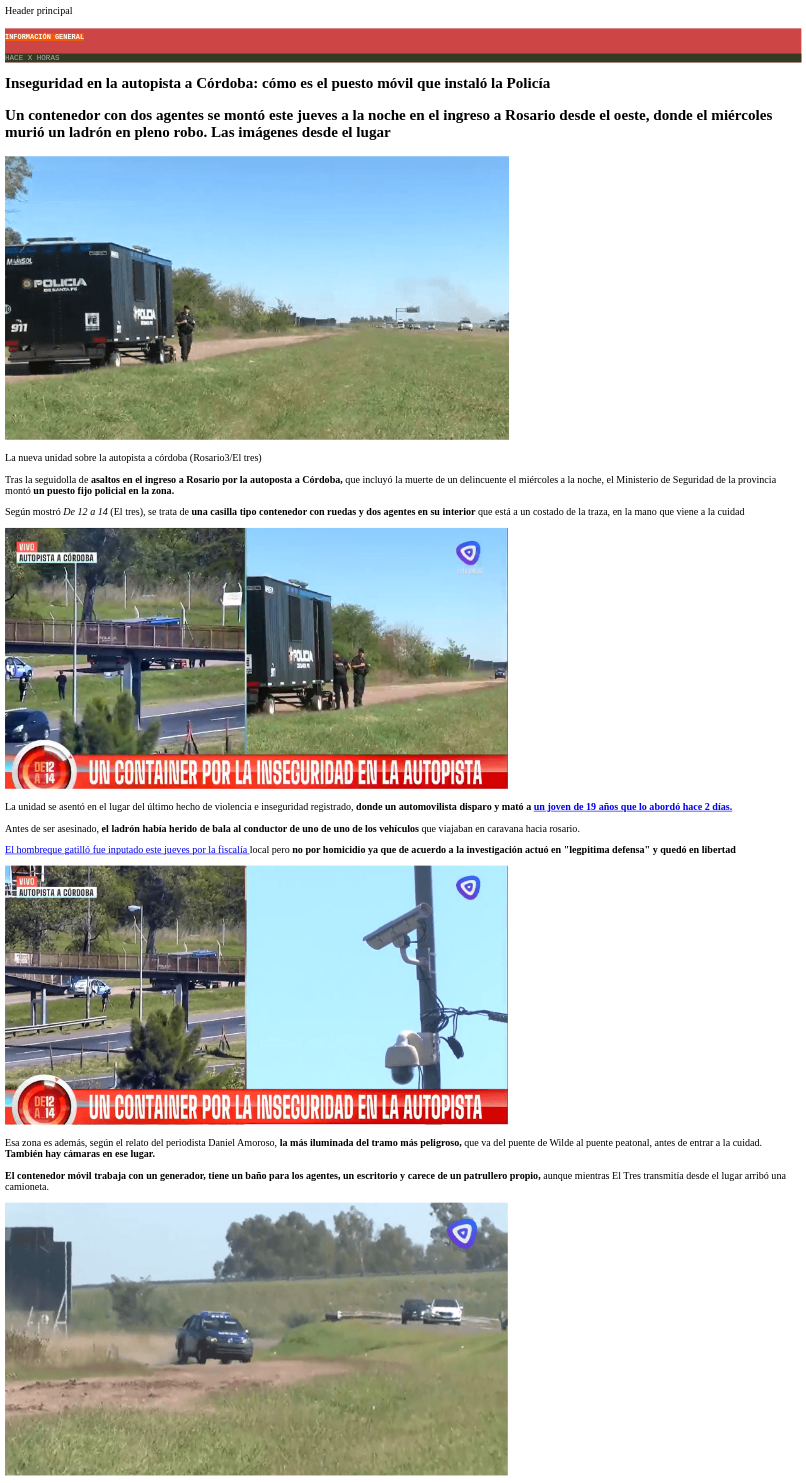
Repository: Larrowo/LPPA
Page: Clase 2/index.html
The author's editor kept a copy of each file at every save. The page is drawn from the files as they stood at one save, then again after the next save.
The browser window is 1280 px wide. The pictures show the whole page, at 63% of full size.

Above is the page before, as saved 2022-04-16 16:54:33.

After the next save:
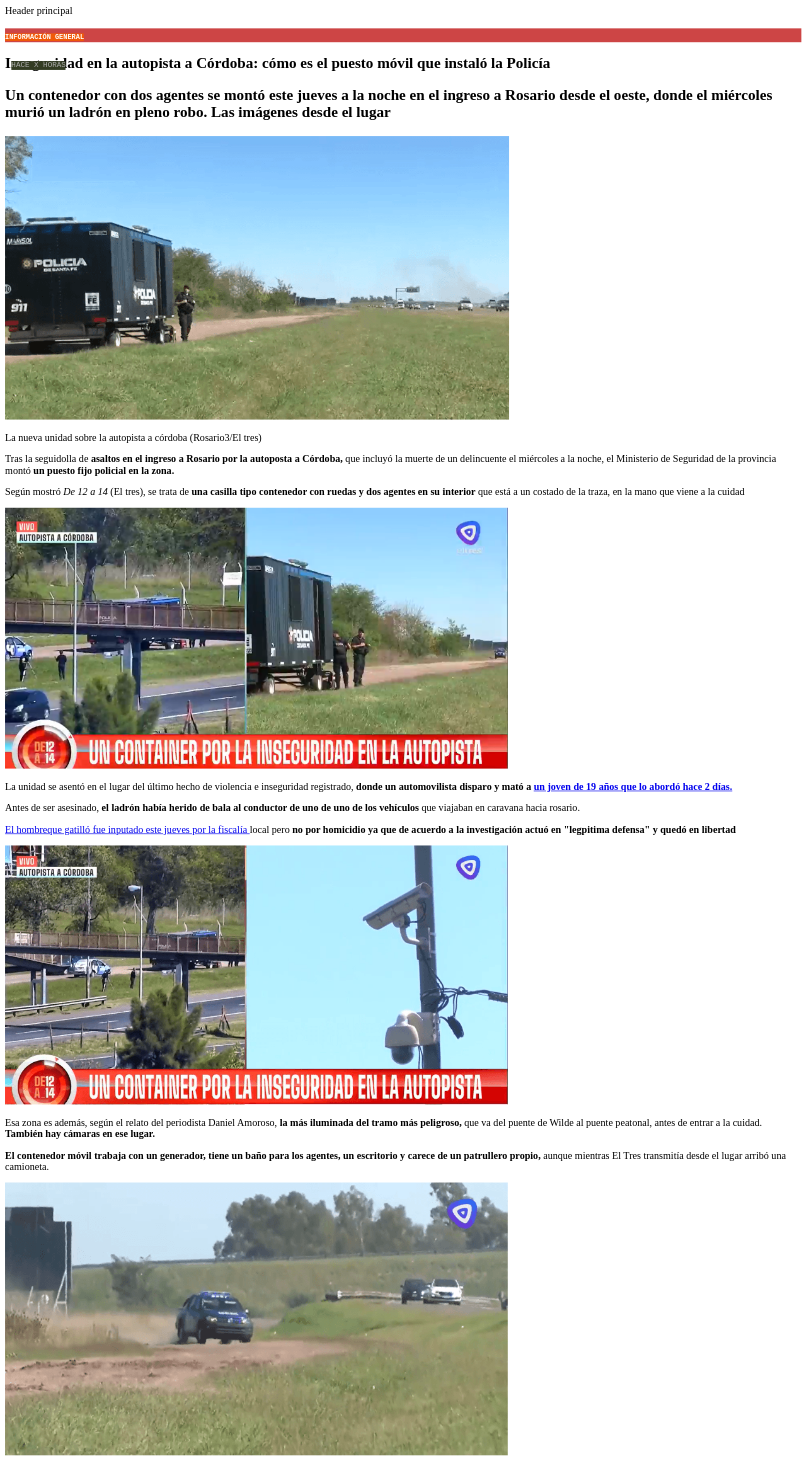
Saved 9 s later.
--- a/Clase 2/style.css
+++ b/Clase 2/style.css
@@ -3,7 +3,7 @@
    color: #adadad;
    text-transform: uppercase;
    font-size: 12px;
-   positiion: center
+   position: absolute;
    left: 10px;
    background-color: #333c23
 }

After the 2 saves that followed:
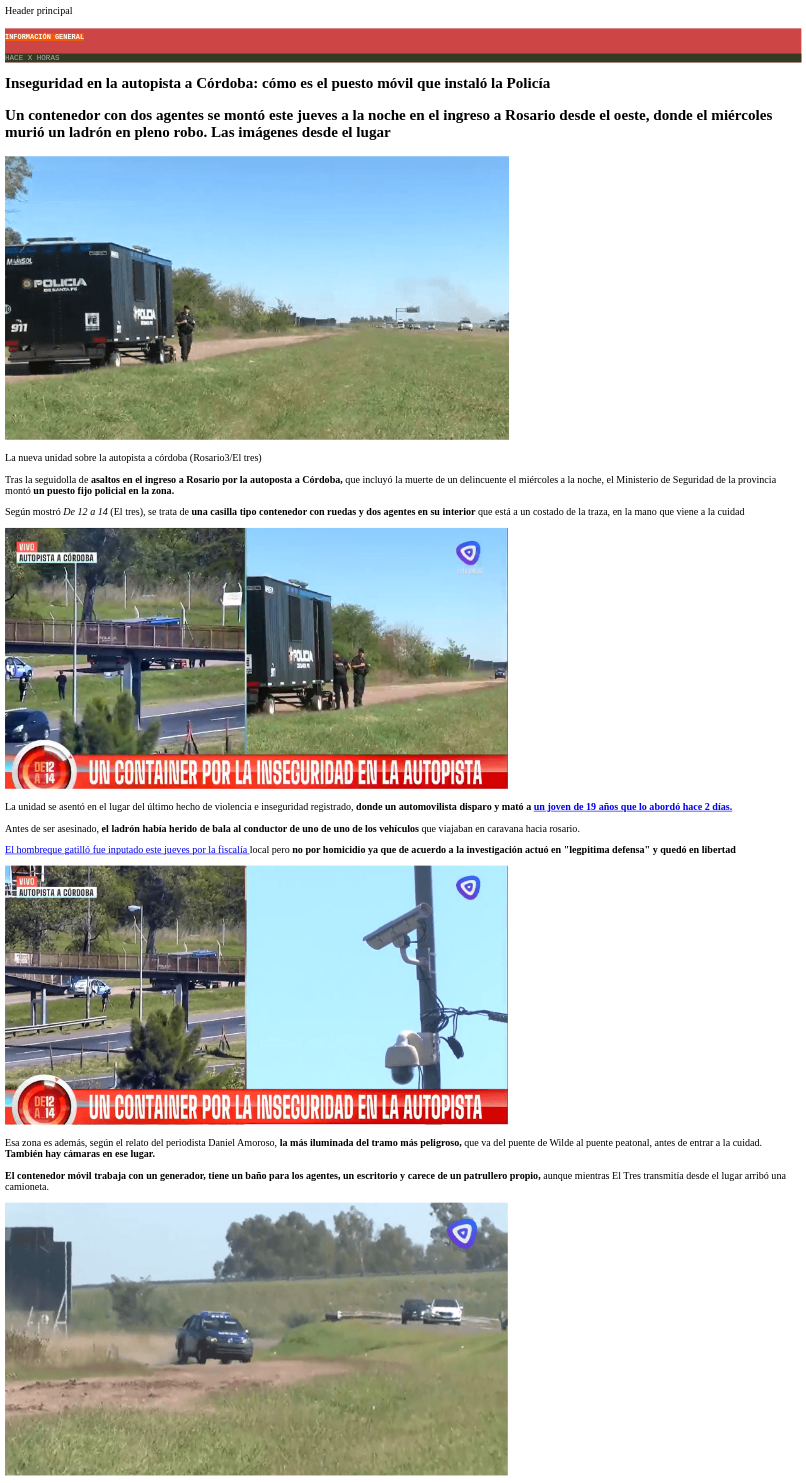
The 2 saves are shown as one change because they came seconds apart.
The last was saved 14 s later.
--- a/Clase 2/style.css
+++ b/Clase 2/style.css
@@ -3,7 +3,7 @@
    color: #adadad;
    text-transform: uppercase;
    font-size: 12px;
-   position: absolute;
+   position
    left: 10px;
    background-color: #333c23
 }
